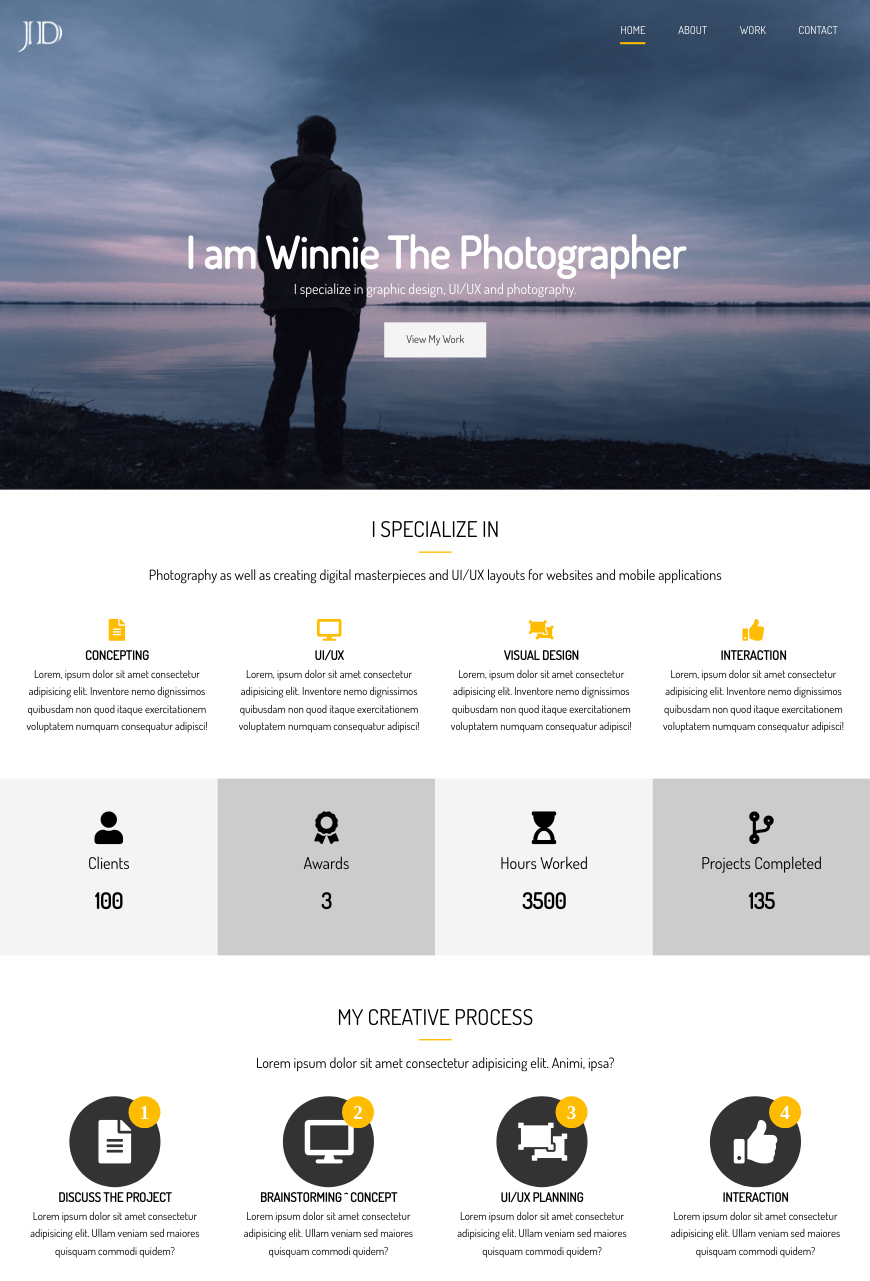
Repository: minhtien9/Portfolio_Website
Page: diet/index.html
An editor plug-in stored every save of this project. The page is shown before and after the next save, followed by the edit.
The browser window is 1280 px wide. The pictures show the whole page, at 68% of full size.

Above is the page before, as saved 2021-08-28 22:54:01.

After the next save:
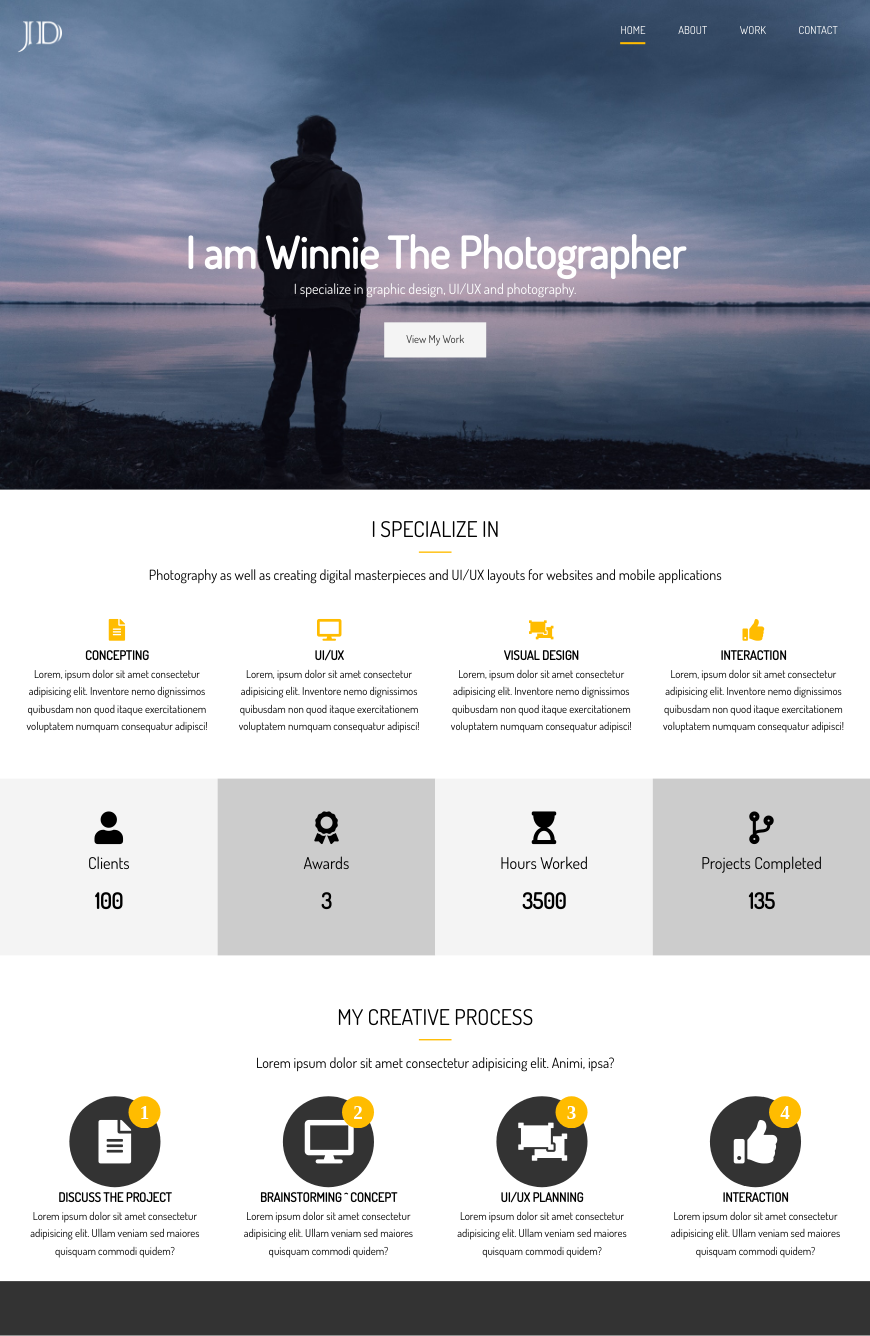
Saved 72 s later.
--- a/diet/index.html
+++ b/diet/index.html
@@ -184,6 +184,11 @@
       </div>
     </section>
 
+    <!-- Footer -->
+    <footer id="main-footer">
+      <div class="footer-content container"></div>
+    </footer>
+
     <!-- <script src="js/typewriter.js"></script> -->
   </body>
 </html>
